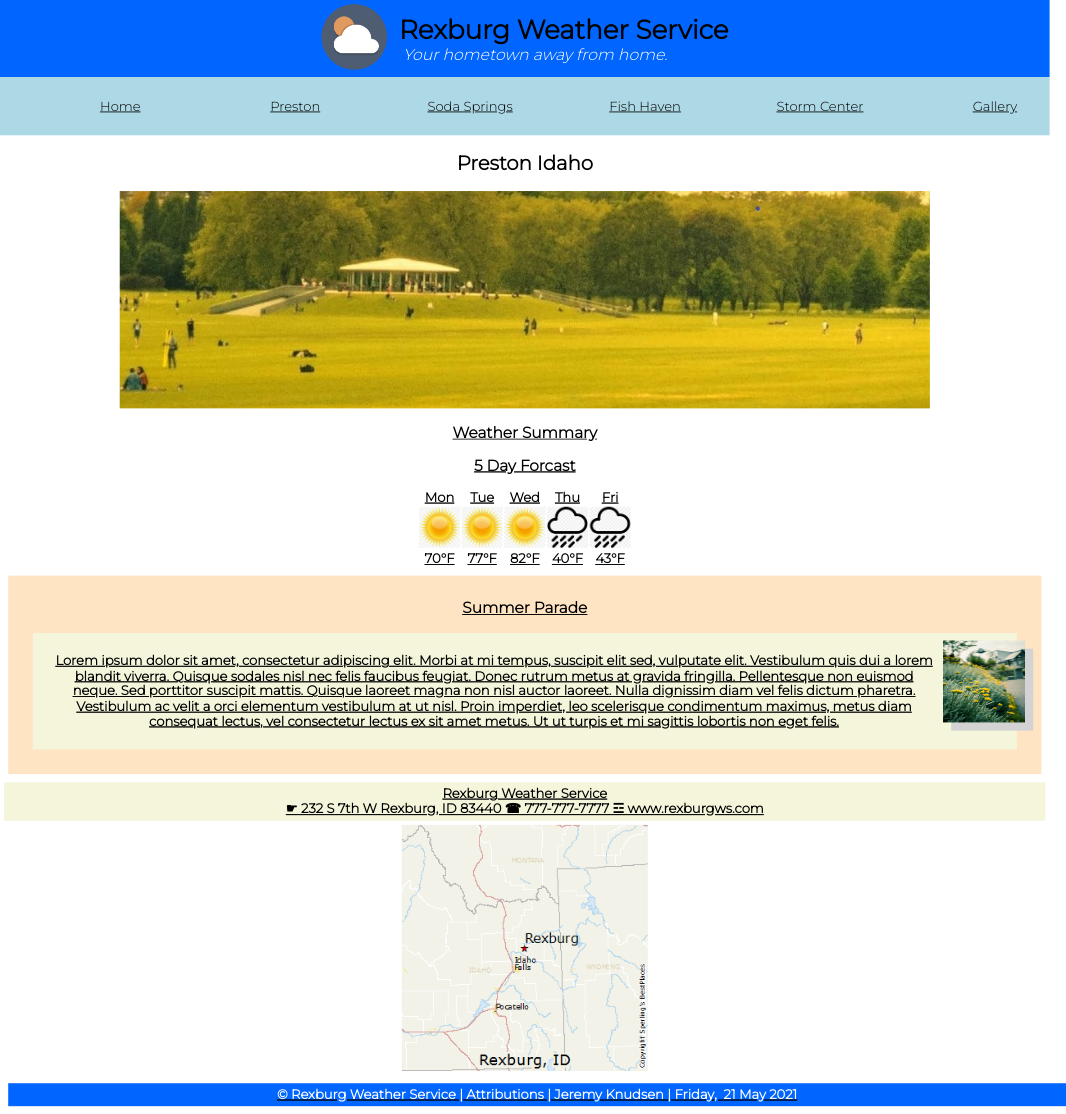
Repository: jknudsen97/jknudsen97.github.io
Page: lesson05/preston-5.html
The author's editor kept a copy of each file at every save. The page is drawn from the files as they stood at one save, then again after the next save.
The browser window is 1280 px wide. The page is 1300 px wide, so the pictures cover 1300 px, including what lies to the right of the window. The pictures show the whole page, at 82% of full size.

Above is the page before, as saved 2021-05-22 22:42:00.

After the next save:
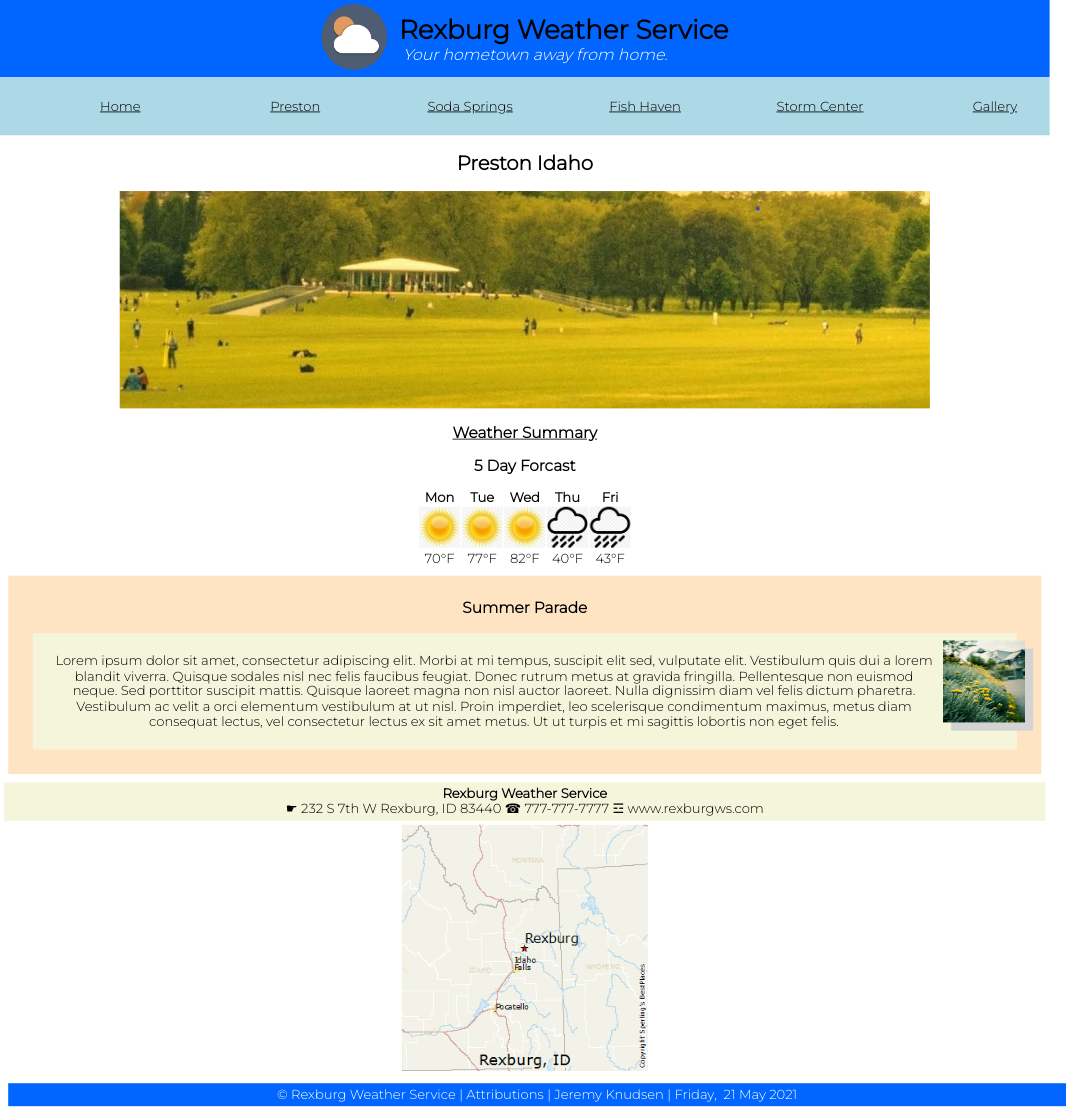
Saved 44 s later.
--- a/lesson05/preston-5.html
+++ b/lesson05/preston-5.html
@@ -47,7 +47,7 @@
             <h2>Preston Idaho</h2>
                     <img class="stock1" src="images/stock1.jpg" alt="Stock Photo 1">
                     <div class="summary">
-                        <h3><b><u>Weather Summary</h3><u><b></h3>
+                        <h3><b><u>Weather Summary</h3></u></b></h3>
                     </div>
                     <div class="weather">
                         <h3>5 Day Forcast</h3>
